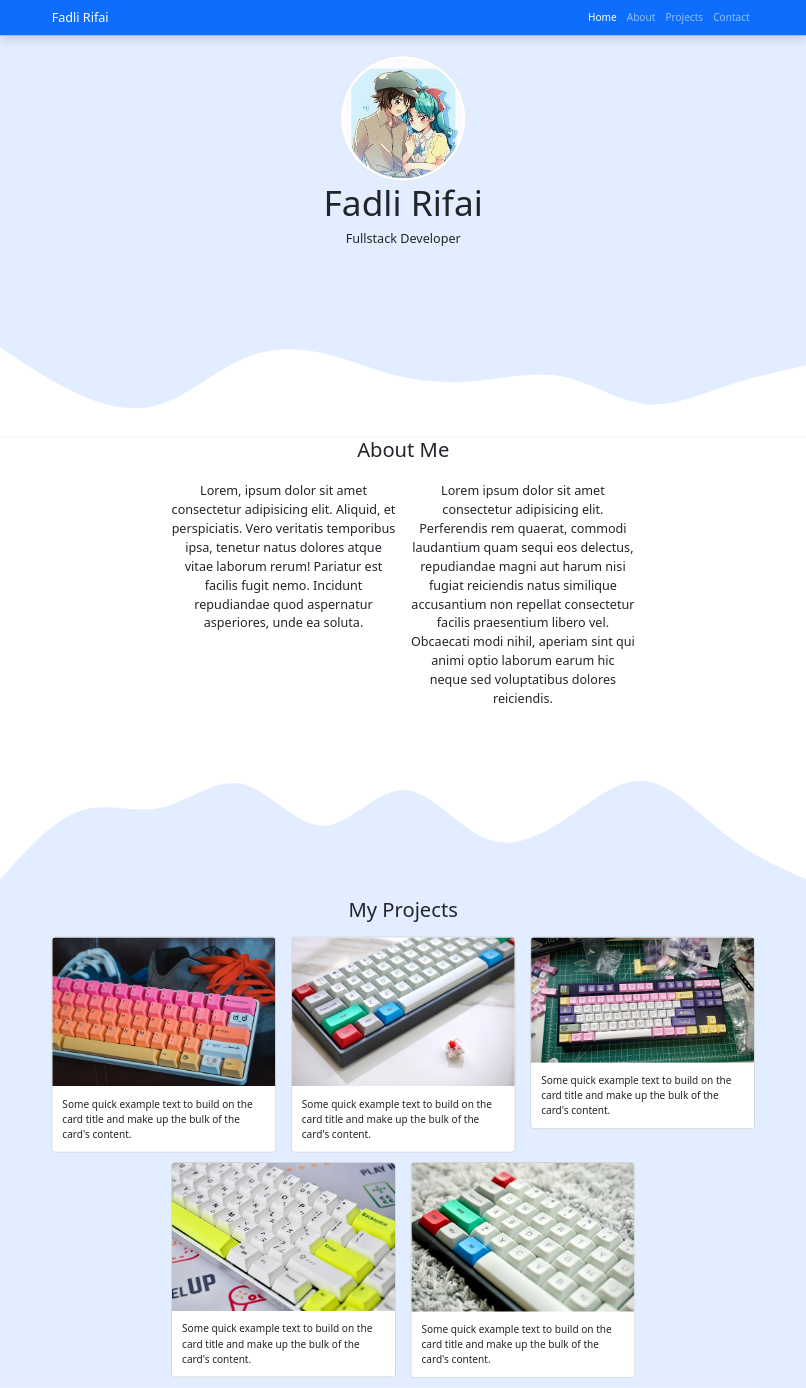
Repository: fadlyyy/fadli-dev.github.io
Page: index.html
An editor plug-in stored every save of this project. The page is shown before and after the next save, followed by the edit.
The browser window is 1280 px wide. The pictures show the whole page, at 63% of full size.

Above is the page before, as saved 2024-01-19 11:45:06.

### index.html
<!DOCTYPE html>
<html lang="en">
  <head>
    <meta charset="utf-8" />
    <meta name="viewport" content="width=device-width, initial-scale=1" />
    <title>Bootstrap demo</title>
    <link href="https://cdn.jsdelivr.net/npm/bootstrap@5.2.3/dist/css/bootstrap.min.css" rel="stylesheet" integrity="sha384-rbsA2VBKQhggwzxH7pPCaAqO46MgnOM80zW1RWuH61DGLwZJEdK2Kadq2F9CUG65" crossorigin="anonymous" />
    <link rel="stylesheet" href="style.css" />
  </head>
  <body>
    <!-- Navbar -->
    <nav class="navbar navbar-expand-lg navbar-dark bg-primary shadow">
      <div class="container">
        <a class="navbar-brand" href="#">Fadli Rifai</a>
        <button class="navbar-toggler" type="button" data-bs-toggle="collapse" data-bs-target="#navbarNav" aria-controls="navbarNav" aria-expanded="false" aria-label="Toggle navigation">
          <span class="navbar-toggler-icon"></span>
        </button>
        <div class="collapse navbar-collapse" id="navbarNav">
          <ul class="navbar-nav ms-auto">
            <li class="nav-item">
              <a class="nav-link active" aria-current="page" href="#">Home</a>
            </li>
            <li class="nav-item">
              <a class="nav-link" href="#">About</a>
            </li>
            <li class="nav-item">
              <a class="nav-link" href="#">Projects</a>
            </li>
            <li class="nav-item">
              <a class="nav-link" href="#">Contact</a>
            </li>
          </ul>
        </div>
      </div>
    </nav>
    <!-- Navbar End -->

    <!-- Jumbotron -->
    <section class="jumbotron text-center">
      <img class="rounded-circle img-thumbnail" src="img/images.jpeg" alt="" width="200" />
      <h1 class="display-4">Fadli Rifai</h1>
      <p class="lead">Fullstack Developer</p>
      <svg xmlns="http://www.w3.org/2000/svg" viewBox="0 0 1440 320">
        <path
          fill="#ffffff"
          fill-opacity="1"
          d="M0,160L24,176C48,192,96,224,144,245.3C192,267,240,277,288,261.3C336,245,384,203,432,181.3C480,160,528,160,576,170.7C624,181,672,203,720,213.3C768,224,816,224,864,218.7C912,213,960,203,1008,213.3C1056,224,1104,256,1152,261.3C1200,267,1248,245,1296,229.3C1344,213,1392,203,1416,197.3L1440,192L1440,320L1416,320C1392,320,1344,320,1296,320C1248,320,1200,320,1152,320C1104,320,1056,320,1008,320C960,320,912,320,864,320C816,320,768,320,720,320C672,320,624,320,576,320C528,320,480,320,432,320C384,320,336,320,288,320C240,320,192,320,144,320C96,320,48,320,24,320L0,320Z"
        ></path>
      </svg>
    </section>
    <!-- Jumbotron End -->

    <!-- About -->
    <section id="about">
      <div class="container">
        <div class="row text-center mb-4">
          <div class="col">
            <h2>About Me</h2>
          </div>
        </div>
        <div class="row justify-content-center fs-5 text-center">
          <div class="col-md-4">
            <p class="">
              Lorem, ipsum dolor sit amet consectetur adipisicing elit. Aliquid, et perspiciatis. Vero veritatis temporibus ipsa, tenetur natus dolores atque vitae laborum rerum! Pariatur est facilis fugit nemo. Incidunt repudiandae quod
              aspernatur asperiores, unde ea soluta.
            </p>
          </div>
          <div class="col-md-4">
            <p>
              Lorem ipsum dolor sit amet consectetur adipisicing elit. Perferendis rem quaerat, commodi laudantium quam sequi eos delectus, repudiandae magni aut harum nisi fugiat reiciendis natus similique accusantium non repellat
              consectetur facilis praesentium libero vel. Obcaecati modi nihil, aperiam sint qui animi optio laborum earum hic neque sed voluptatibus dolores reiciendis.
            </p>
          </div>
        </div>
      </div>
      <svg xmlns="http://www.w3.org/2000/svg" viewBox="0 0 1440 320">
        <path
          fill="#e2edff"
          fill-opacity="1"
          d="M0,288L24,261.3C48,235,96,181,144,165.3C192,149,240,171,288,160C336,149,384,107,432,117.3C480,128,528,192,576,192C624,192,672,128,720,128C768,128,816,192,864,213.3C912,235,960,213,1008,181.3C1056,149,1104,107,1152,112C1200,117,1248,171,1296,208C1344,245,1392,267,1416,277.3L1440,288L1440,320L1416,320C1392,320,1344,320,1296,320C1248,320,1200,320,1152,320C1104,320,1056,320,1008,320C960,320,912,320,864,320C816,320,768,320,720,320C672,320,624,320,576,320C528,320,480,320,432,320C384,320,336,320,288,320C240,320,192,320,144,320C96,320,48,320,24,320L0,320Z"
        ></path>
      </svg>
    </section>
    <!-- About End -->

    <!-- Section Projects -->
    <section id="projects">
      <div class="container">
        <div class="row mb-3">
          <div class="col text-center">
            <h2>My Projects</h2>
          </div>
        </div>
        <div class="row justify-content-center">
          <div class="col-md-4 mb-3">
            <div class="card">
              <img src="img/projects/Projects1.jpg" class="card-img-top" alt="..." />
              <div class="card-body">
                <p class="card-text">Some quick example text to build on the card title and make up the bulk of the card's content.</p>
              </div>
            </div>
          </div>
          <div class="col-md-4 mb-3">
            <div class="card">
              <img src="img/projects/Projects2.jpg" class="card-img-top" alt="..." />
              <div class="card-body">
                <p class="card-text">Some quick example text to build on the card title and make up the bulk of the card's content.</p>
              </div>
            </div>
          </div>
          <div class="col-md-4 mb-3">
            <div class="card">
              <img src="img/projects/Projects3.jpg" class="card-img-top" alt="..." />
              <div class="card-body">
                <p class="card-text">Some quick example text to build on the card title and make up the bulk of the card's content.</p>
              </div>
            </div>
          </div>
          <div class="col-md-4 mb-3">
            <div class="card">
              <img src="img/projects/Projects4.jpg" class="card-img-top" alt="..." />
              <div class="card-body">
                <p class="card-text">Some quick example text to build on the card title and make up the bulk of the card's content.</p>
              </div>
            </div>
          </div>
          <div class="col-md-4 mb-3">
            <div class="card">
              <img src="img/projects/Projects5.jpg" class="card-img-top" alt="..." />
              <div class="card-body">
                <p class="card-text">Some quick example text to build on the card title and make up the bulk of the card's content.</p>
              </div>
            </div>
          </div>
        </div>
      </div>
    </section>
    <!-- End Section Projects -->

    <script src="https://cdn.jsdelivr.net/npm/bootstrap@5.2.3/dist/js/bootstrap.bundle.min.js" integrity="sha384-kenU1KFdBIe4zVF0s0G1M5b4hcpxyD9F7jL+jjXkk+Q2h455rYXK/7HAuoJl+0I4" crossorigin="anonymous"></script>
  </body>
</html>

### style.css
body {
  min-height: 2000px;
}

.jumbotron {
  padding-top: 2rem;
  background-color: #e2edff;
}

#projects {
  background-color: #e2edff;
}

After the next save:
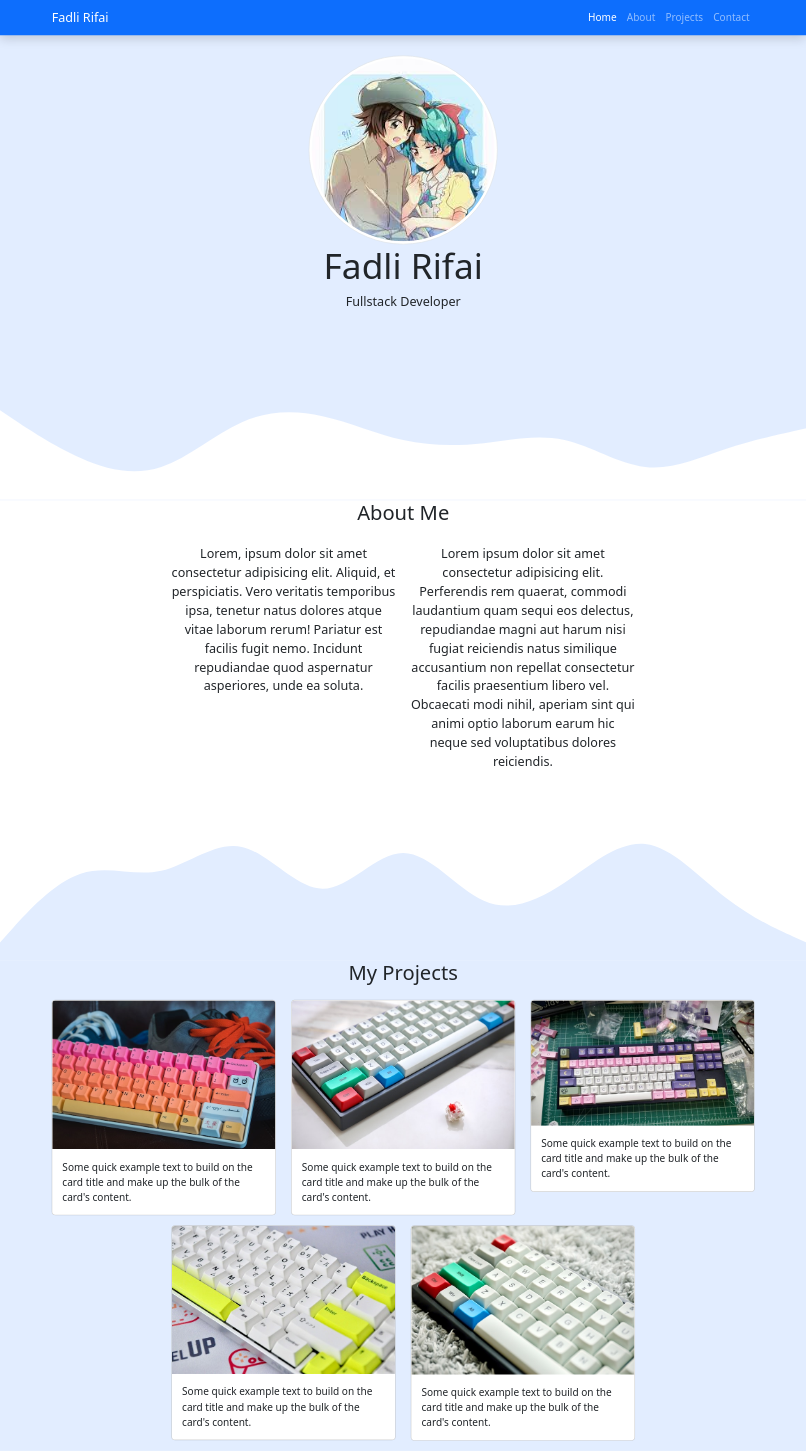
Saved 95 min 25 s later.
--- a/index.html
+++ b/index.html
@@ -37,7 +37,7 @@
 
     <!-- Jumbotron -->
     <section class="jumbotron text-center">
-      <img class="rounded-circle img-thumbnail" src="img/images.jpeg" alt="" width="200" />
+      <img class="rounded-circle img-thumbnail" src="img/images.jpeg" alt="" width="300" />
       <h1 class="display-4">Fadli Rifai</h1>
       <p class="lead">Fullstack Developer</p>
       <svg xmlns="http://www.w3.org/2000/svg" viewBox="0 0 1440 320">
